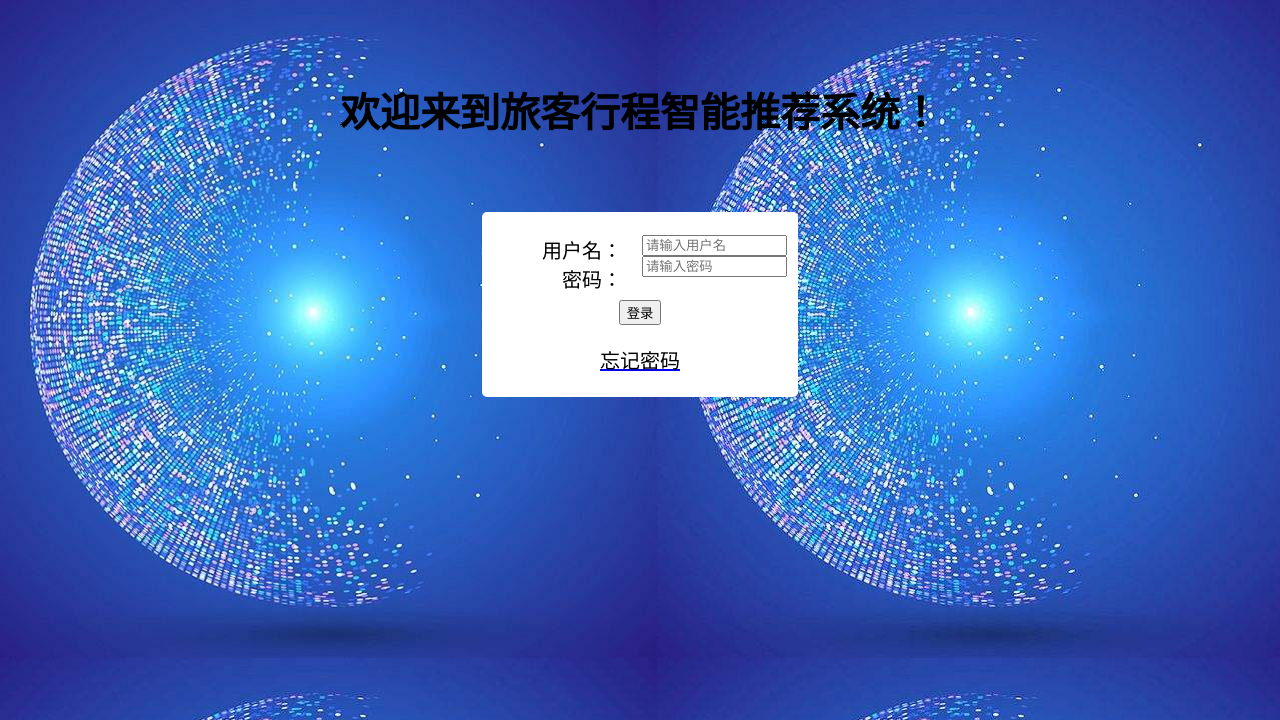
Repository: never-404/Intelligent-recommendation-system
Page: http://localhost/Intelligent-recommendation-system/log.jsp
An editor plug-in stored every save of this project. The page is shown before and after the next save, followed by the edit.
The browser window is 1280 px wide. The pictures show the whole page.
The page is served by Tomcat 9. Nobody is signed in. The application's start-up code is not run. Other server files are loaded and not shown.

Above is the page before, as saved 2019-04-19 00:52:07.

### Intelligent-recommendation-system/WebRoot/log.jsp
<%@ page language="java" contentType= "text/html;charset=gb2312" %>
<html>

	<head>
		<title>登录页面</title>
	    <meta charset="utf-8">

		<style type="text/css">
		.title
		{
			font-size: 300%

		}
		.table
		{
			margin:auto;
			width:25%;
			background-color:#ffffff;
			border-radius:5px;
		}
		lable { float: left; width: 7em; margin-right:1em; text-align: right; }
		h1	  {text-align: center}
	    body{
        font-size:20px;
        font-family:"宋体";
        background-image:url(circle.jpg);

    	}
        .a{
            text-align:center;
            vertical-align:middle;
        }
        img{max-width: 100%; height:auto;}

</style>
	</head>

	<body>
	<BR>	<BR>
	<h1>欢迎来到旅客行程智能推荐系统！</h1>
		<BR>	<BR>
    <div class="table">
    <br>
    	<lable>用户名：</lable><input type="text" name="number" placeholder="请输入用户名" size="15" maxlength="10"/>
        <!--学号为10位-->
        <br>
        <lable>密码：</lable><input type="password" name="passport" placeholder="请输入密码" size="15" maxlength="10"/>
        <br><br>

	<div class=a>

    <form action = "mainpage.jsp" method = "post">
		<input type="submit" value ="登录">
	</form>

	<a href="forget_pswd.jsp"><font color="#000000">忘记密码</font></a>
	</div>
	<br>
	    </div>
	</body>


</html>

After the next save:
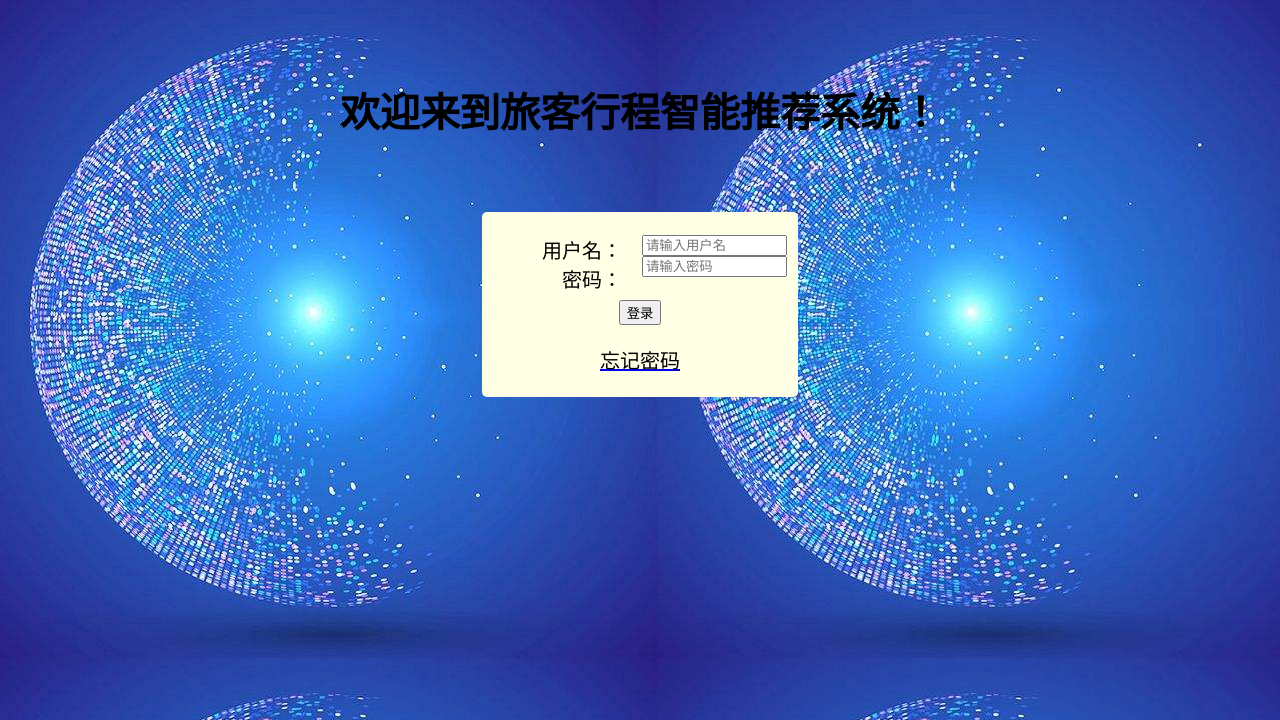
Saved 10 s later.
--- a/Intelligent-recommendation-system/WebRoot/log.jsp
+++ b/Intelligent-recommendation-system/WebRoot/log.jsp
@@ -15,7 +15,7 @@
 		{
 			margin:auto;
 			width:25%;
-			background-color:#ffffff;
+			background-color:#ffffe5;
 			border-radius:5px;
 		}
 		lable { float: left; width: 7em; margin-right:1em; text-align: right; }
